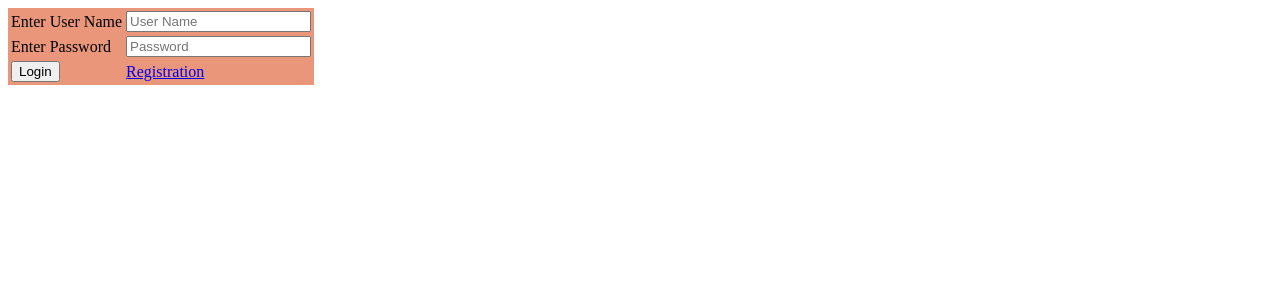
Repository: Pramila0526/LoginRegistrationUsingFilters
Page: http://localhost/LoginAndRegistration/login.jsp
These files come from the project's save history. The page is drawn as it stood at one moment and after the next save; the edit follows.
The browser window is 1280 px wide. The pictures show the whole page.
The page is served by Tomcat 9.

Above is the page before, as saved 2019-12-27 05:26:58.

After the next save:
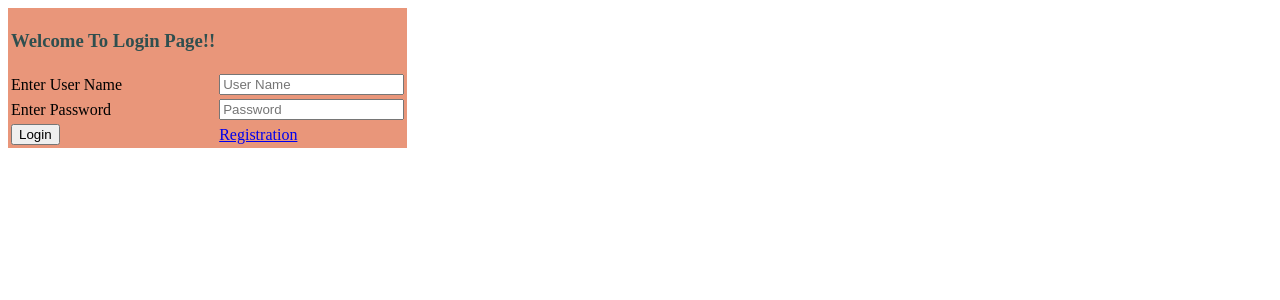
Saved 3 min 4 s later.
--- a/LoginAndRegistration/WebContent/login.jsp
+++ b/LoginAndRegistration/WebContent/login.jsp
@@ -9,6 +9,10 @@
 <body>
 	<form action="Login" method="post">
 		<table style="background-color: DarkSalmon;">
+		<tr>
+				<td><h3 style="color: darkslategray;">Welcome To Login
+						Page!!</h3></td>
+			</tr>
 			<tr>
 				<td>Enter User Name</td>
 				<td><input type="text" name="userName" placeholder="User Name"></td>
